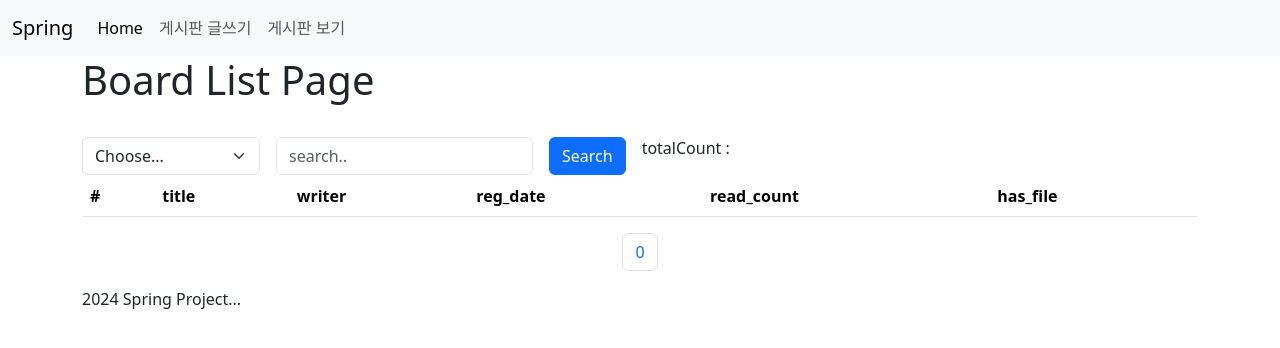
Repository: ehdwo13/ezen
Page: http://localhost/spring_test2/WEB-INF/views/board/list.jsp
An editor plug-in stored every save of this project. The page is shown before and after the next save, followed by the edit.
The browser window is 1280 px wide. The pictures show the whole page.
The page is served by Tomcat 9. Nobody is signed in. Other server files are loaded and not shown. The template is opened directly, without the code that normally fills it, so the values that code supplies are empty.

Above is the page before, as saved 2024-05-01 03:38:10.

### spring_test2/src/main/webapp/WEB-INF/views/board/list.jsp
<%@ page language="java" contentType="text/html; charset=UTF-8"
    pageEncoding="UTF-8"%>
<%@ taglib uri="http://java.sun.com/jsp/jstl/core" prefix="c" %>
<jsp:include page="../layout/header.jsp" />
<div class="container-md">
	<h1>Board List Page</h1>
	<br>
	<!-- search Line -->
	<form action="/board/list" method="get" class="row gy-2 gx-3 align-items-center">
   		<div class="col-auto">
    		<select class="form-select" name="type" id="autoSizingSelect">
      			<option ${ph.pgvo.type == null ? 'selected' : '' }>Choose...</option>
      			<option value="t" ${ph.pgvo.type eq 't' ? 'selected' : '' }>Title</option>
      			<option value="w" ${ph.pgvo.type eq 'w' ? 'selected' : '' }>Writer</option>
      			<option value="c" ${ph.pgvo.type eq 'c' ? 'selected' : '' }>Content</option>
      			<option value="tc" ${ph.pgvo.type eq 'tc' ? 'selected' : '' }>Title & Content</option>
      			<option value="wc" ${ph.pgvo.type eq 'wc' ? 'selected' : '' }>Writer & Content</option>
      			<option value="tw" ${ph.pgvo.type eq 'tw' ? 'selected' : '' }>Title & Writer</option>
      			<option value="twc" ${ph.pgvo.type eq 'twc' ? 'selected' : '' }>All</option>
   			</select>
  		</div>
		<div class="col-auto">
    		<input type="text" name="keyword" class="form-control" id="autoSizingInput" placeholder="search.." value="${ph.pgvo.keyword}">
    		<input type="hidden" name="pageNo" value="1">
    		<input type="hidden" name="qty" value="10">
  		</div>
  		<div class="col-auto">
    		<button type="submit" class="btn btn-primary">Search</button>
  		</div>
  		<div class="col-auto">
  			<p>totalCount : ${ph.totalCount }</p>
  		</div>
  	</form>
	<table class="table table-hover">
	  <thead>
	  	<tr>
	  		<th>#</th>
	  		<th>title</th>
	  		<th>writer</th>
	  		<th>reg_date</th>
	  		<th>read_count</th>
	  		<th>has_file</th>
	  	</tr>
	  </thead>
	  <tbody>

	  <c:forEach items="${list }" var="bvo">
	  	<tr>
			<td>${bvo.bno}</td>
			<td><a href="/board/detail?bno=${bvo.bno }">${bvo.title}</a>
			<c:if test="${bvo.cmt_qty ne 0 }">
			[${bvo.cmt_qty }]
			</c:if>
			</td>
			<td>${bvo.writer}</td>
			<td>${bvo.reg_date}</td>
			<td>${bvo.read_count}</td>
			<td>${bvo.has_file}</td>
		</tr>
	  </c:forEach>
	  </tbody>
	</table>
		<!-- paging Line -->
	<nav aria-label="Page navigation example">
	  <ul class="pagination justify-content-center">
	  	<!-- prev -->
	  	<c:if test="${ph.prev }">
	    <li class="page-item">
	      <a class="page-link" href="/board/list?pageNo=${ph.startPage-1 }&qty=${ph.pgvo.qty}&type=${ph.pgvo.type}&keyword=${ph.pgvo.keyword}" aria-label="Previous">
	        <span aria-hidden="true">&laquo;</span></a>
	    </li>
	    </c:if>

	    <c:forEach begin="${ph.startPage }" end="${ph.endPage }" var="i">
	    <li class="page-item"><a class="page-link" href="/board/list?pageNo=${i }&qty=${ph.pgvo.qty}&type=${ph.pgvo.type}&keyword=${ph.pgvo.keyword}">${i }</a></li>
	    </c:forEach>

	    <!-- next -->
	    <c:if test="${ph.next }">
	    <li class="page-item">
	      <a class="page-link" href="/board/list?pageNo=${ph.endPage+1 }&qty=${ph.pgvo.qty}&type=${ph.pgvo.type}&keyword=${ph.pgvo.keyword}" aria-label="Next">
	        <span aria-hidden="true">&raquo;</span></a>
	    </li>
	    </c:if>
	  </ul>
	</nav>
</div>
<jsp:include page="../layout/footer.jsp" />

### spring_test2/src/main/webapp/WEB-INF/views/layout/header.jsp
<%@ page language="java" contentType="text/html; charset=UTF-8"
    pageEncoding="UTF-8"%>
<%@taglib uri="http://java.sun.com/jsp/jstl/core" prefix="c" %>
<!DOCTYPE html>
<html>
<head>
<meta charset="UTF-8">
<title>header.jsp</title>
<link href="https://cdn.jsdelivr.net/npm/bootstrap@5.3.3/dist/css/bootstrap.min.css" rel="stylesheet" integrity="sha384-QWTKZyjpPEjISv5WaRU9OFeRpok6YctnYmDr5pNlyT2bRjXh0JMhjY6hW+ALEwIH" crossorigin="anonymous">
<script src="https://cdn.jsdelivr.net/npm/bootstrap@5.3.3/dist/js/bootstrap.bundle.min.js" integrity="sha384-YvpcrYf0tY3lHB60NNkmXc5s9fDVZLESaAA55NDzOxhy9GkcIdslK1eN7N6jIeHz" crossorigin="anonymous"></script>
</head>
<body>
<nav class="navbar navbar-expand-lg bg-body-tertiary">
  <div class="container-fluid">
    <a class="navbar-brand" href="/">Spring</a>
    <button class="navbar-toggler" type="button" data-bs-toggle="collapse" data-bs-target="#navbarSupportedContent" aria-controls="navbarSupportedContent" aria-expanded="false" aria-label="Toggle navigation">
      <span class="navbar-toggler-icon"></span>
    </button>
    <div class="collapse navbar-collapse" id="navbarSupportedContent">
      <ul class="navbar-nav me-auto mb-2 mb-lg-0">
        <li class="nav-item">
          <a class="nav-link active" aria-current="page" href="/">Home</a>
        </li>
        <li class="nav-item">
          <a class="nav-link" href="/board/register">게시판 글쓰기</a>
        </li>
        <li class="nav-item">
          <a class="nav-link" href="/board/list">게시판 보기</a>
        </li>
       <%--  <c:if test="${ses.id eq null }">
        <li class="nav-item">
          <a class="nav-link" href="/member/register">회원가입</a>
        </li>
        </c:if>
        <c:if test="${ses.id eq null }">
        <li class="nav-item">
          <a class="nav-link" href="/member/login">로그인</a>
        </li>
        </c:if>
        <c:if test="${ses.id ne null }">
        <li class="nav-item">
          <a class="nav-link" href="/member/logout">로그아웃</a>
        </li>
        <li class="nav-item">
          <a class="nav-link" href="/member/modify">${ses.id }(${ses.email }) welcome!!!</a>
        </li>
        </c:if> --%>
  	  </ul>
    </div>
  </div>
</nav>

### spring_test2/src/main/webapp/WEB-INF/views/layout/footer.jsp
<%@ page language="java" contentType="text/html; charset=UTF-8"
    pageEncoding="UTF-8"%>
<div class="container-md">
	2024 Spring Project...
</div>

</body>
</html>

After the next save:
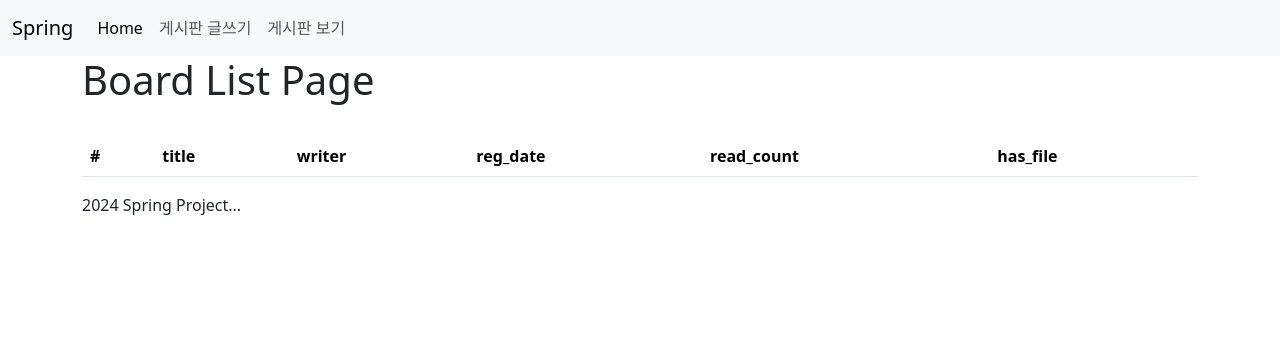
Saved 89 s later.
--- a/spring_test2/src/main/webapp/WEB-INF/views/board/list.jsp
+++ b/spring_test2/src/main/webapp/WEB-INF/views/board/list.jsp
@@ -6,7 +6,7 @@
 	<h1>Board List Page</h1>
 	<br>
 	<!-- search Line -->
-	<form action="/board/list" method="get" class="row gy-2 gx-3 align-items-center">
+	<%-- <form action="/board/list" method="get" class="row gy-2 gx-3 align-items-center">
    		<div class="col-auto">
     		<select class="form-select" name="type" id="autoSizingSelect">
       			<option ${ph.pgvo.type == null ? 'selected' : '' }>Choose...</option>
@@ -30,7 +30,7 @@
   		<div class="col-auto">
   			<p>totalCount : ${ph.totalCount }</p>
   		</div>
-  	</form>
+  	</form> --%>
 	<table class="table table-hover">
 	  <thead>
 	  	<tr>
@@ -60,7 +60,7 @@
 	  </c:forEach>
 	  </tbody>
 	</table>
-		<!-- paging Line -->
+	<%-- 	<!-- paging Line -->
 	<nav aria-label="Page navigation example">
 	  <ul class="pagination justify-content-center">
 	  	<!-- prev -->
@@ -83,6 +83,6 @@
 	    </li>
 	    </c:if>
 	  </ul>
-	</nav>
+	</nav> --%>
 </div>
 <jsp:include page="../layout/footer.jsp" />
